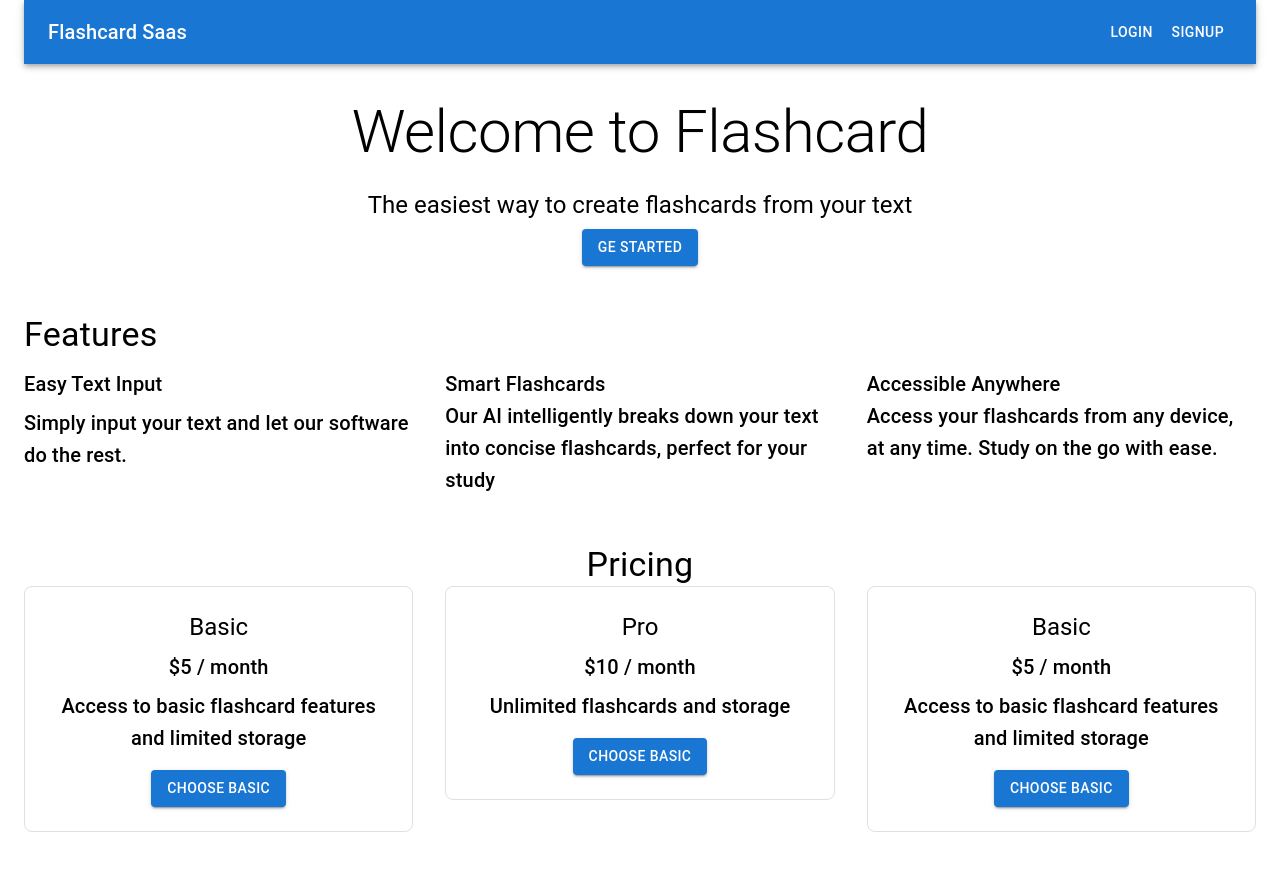
Repository: rakeshpuppala2590/AI-Flashcards-Stripe
Page: /
The author's editor kept a copy of each file at every save. The page is drawn from the files as they stood at one save, then again after the next save.
The browser window is 1280 px wide. The pictures show the whole page.
The page's requests for data from a server got no answer. The project was rebuilt for these pictures with package versions that can differ from the ones it lists, and the page was loaded fresh each time. Some packages were replaced by stand-ins written for this rebuild. The framework's server and built-in components were replaced by stand-ins that run in the browser. No one was signed in, and anything a server would have sent is missing. Also part of the build but not shown: next.config.mjs.

Above is the page before, as saved 2024-08-12 15:25:13.

After the next save:
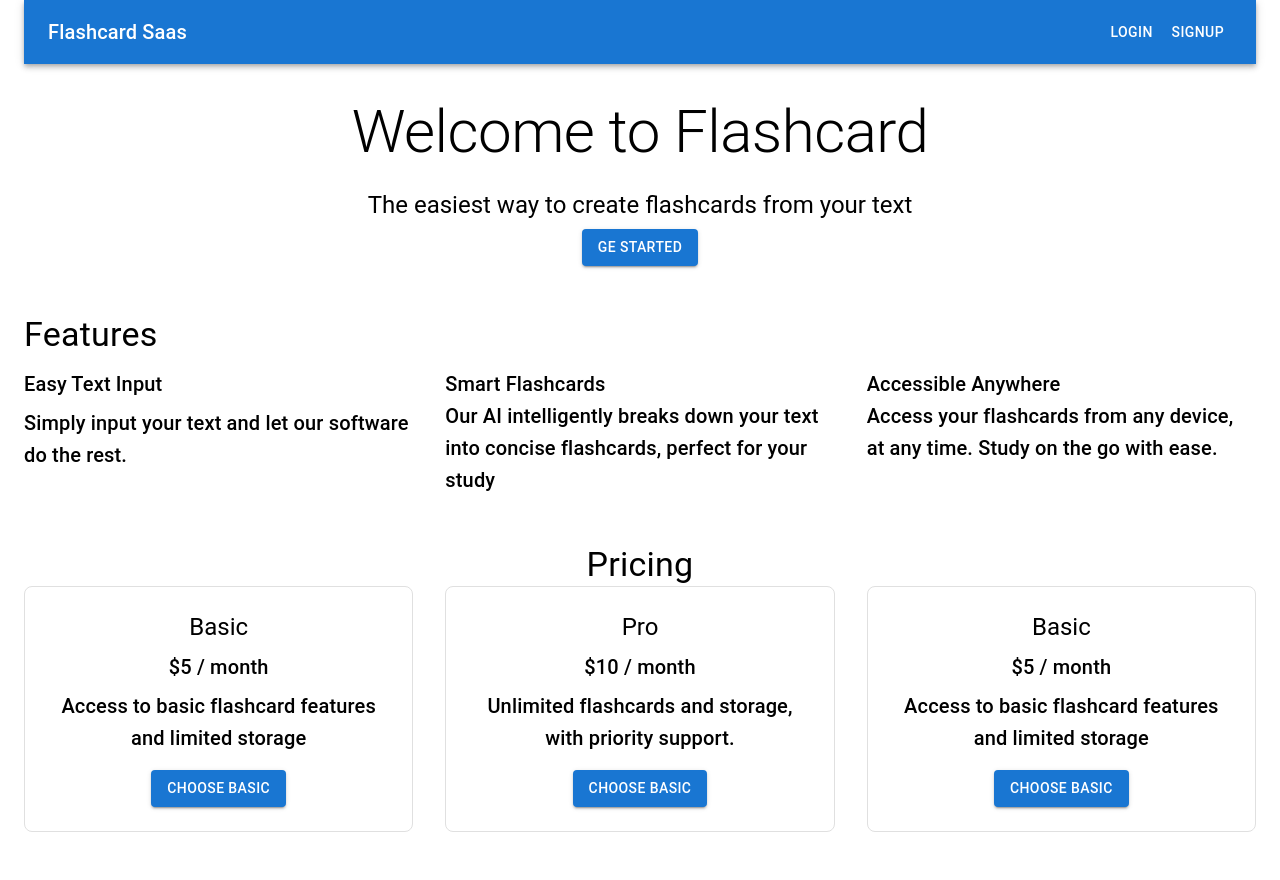
Saved 14 s later.
--- a/src/app/page.js
+++ b/src/app/page.js
@@ -134,7 +134,7 @@ export default function Home() {
               </Typography>
               <Typography variant="h6">
                 {" "}
-                Unlimited flashcards and storage
+                Unlimited flashcards and storage, with priority support.
               </Typography>
               <Button variant="contained" color="primary" sx={{ mt: 2 }}>
                 Choose Basic
